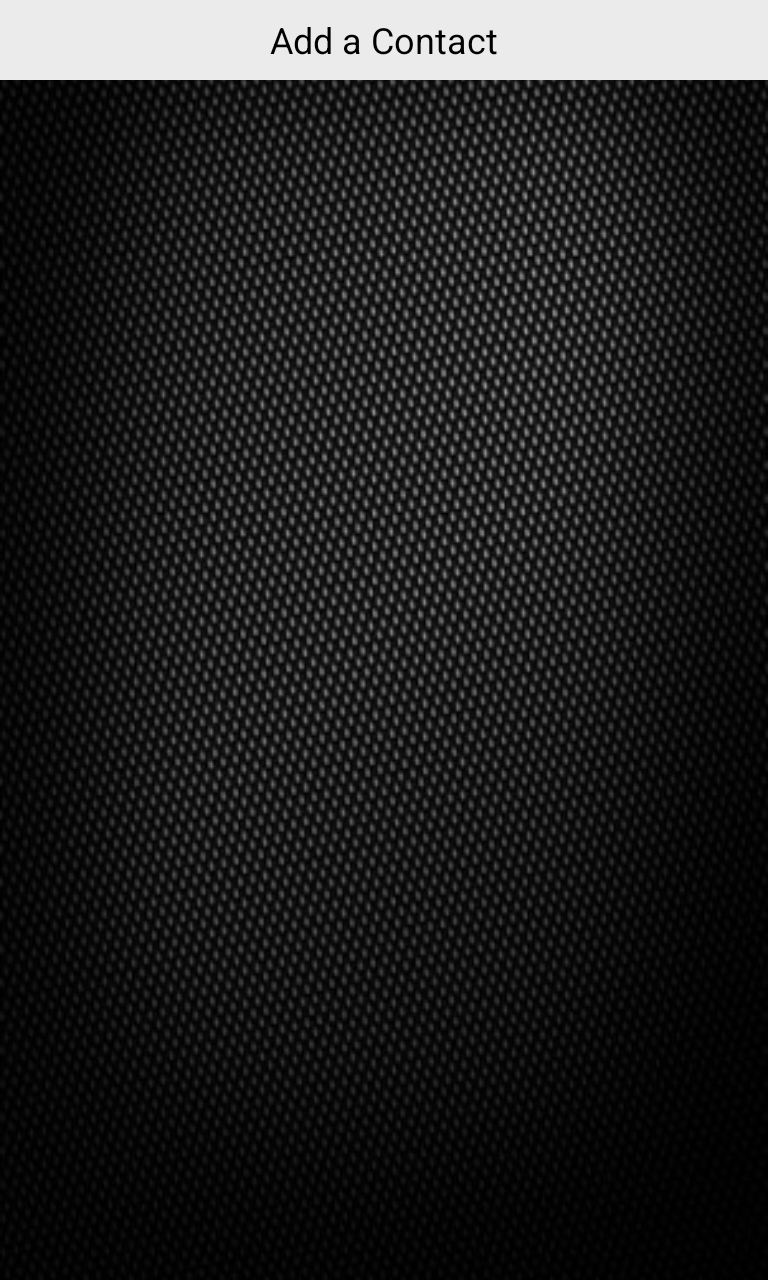
Repository: kenshiryu7/mdv-projects
Layout: Java_2/Java2_w3/res/layout/activity_main.xml
These files come from the project's save history. The layout is drawn as it stood at one moment and after the next save; the edit follows.
It is drawn on a 768 x 1280 px phone screen (xhdpi) without system bars, with theme AppTheme; the app's code is not run. Lists and similar views that code fills are empty.

Above is the layout before, as saved 2012-12-02 08:03:38.

### Java_2/Java2_w3/res/layout/activity_main.xml
<LinearLayout xmlns:android="http://schemas.android.com/apk/res/android"
    xmlns:tools="http://schemas.android.com/tools"
    android:layout_width="fill_parent"
    android:layout_height="fill_parent"
    android:background="@drawable/main_bg"
    android:orientation="vertical" >

    <Button
        android:id="@+id/addButt"
        android:layout_width="match_parent"
        android:layout_height="40dp"
        android:background="#EBEBEB"
        android:text="@string/add_button"
         />

    <ListView
        android:id="@android:id/list"
        android:layout_width="match_parent"
        android:layout_height="wrap_content"
        android:background="@drawable/row_bg" >
    </ListView>

</LinearLayout>

### Java_2/Java2_w3/res/values/strings.xml
<resources>

    <string name="app_name">Java2_w3</string>
    <string name="hello_world">Hello world!</string>
    <string name="menu_settings">Settings</string>
    <string name="title_activity_main">MainActivity</string>

    <string name="add_button">Add a Contact</string>

</resources>

Loaded but not shown: Java_2/Java2_w3/res/values-v11/styles.xml (common file); Java_2/Java2_w3/res/values-v14/styles.xml (common file); Java_2/Java2_w3/res/values/styles.xml (common file)

After the next save:
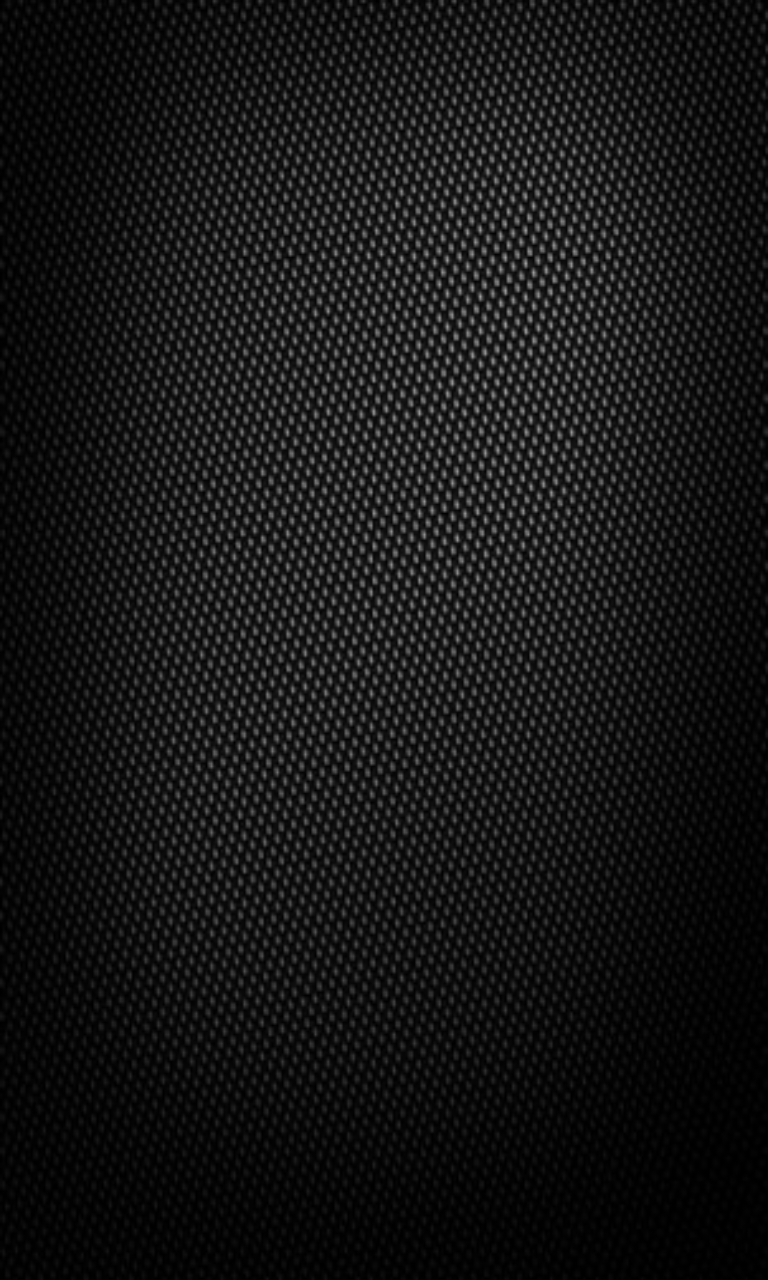
Saved 2 min 0 s later.
--- a/Java_2/Java2_w3/res/layout/activity_main.xml
+++ b/Java_2/Java2_w3/res/layout/activity_main.xml
@@ -5,13 +5,7 @@
     android:background="@drawable/main_bg"
     android:orientation="vertical" >
 
-    <Button
-        android:id="@+id/addButt"
-        android:layout_width="match_parent"
-        android:layout_height="40dp"
-        android:background="#EBEBEB"
-        android:text="@string/add_button"
-         />
+
 
     <ListView
         android:id="@android:id/list"
